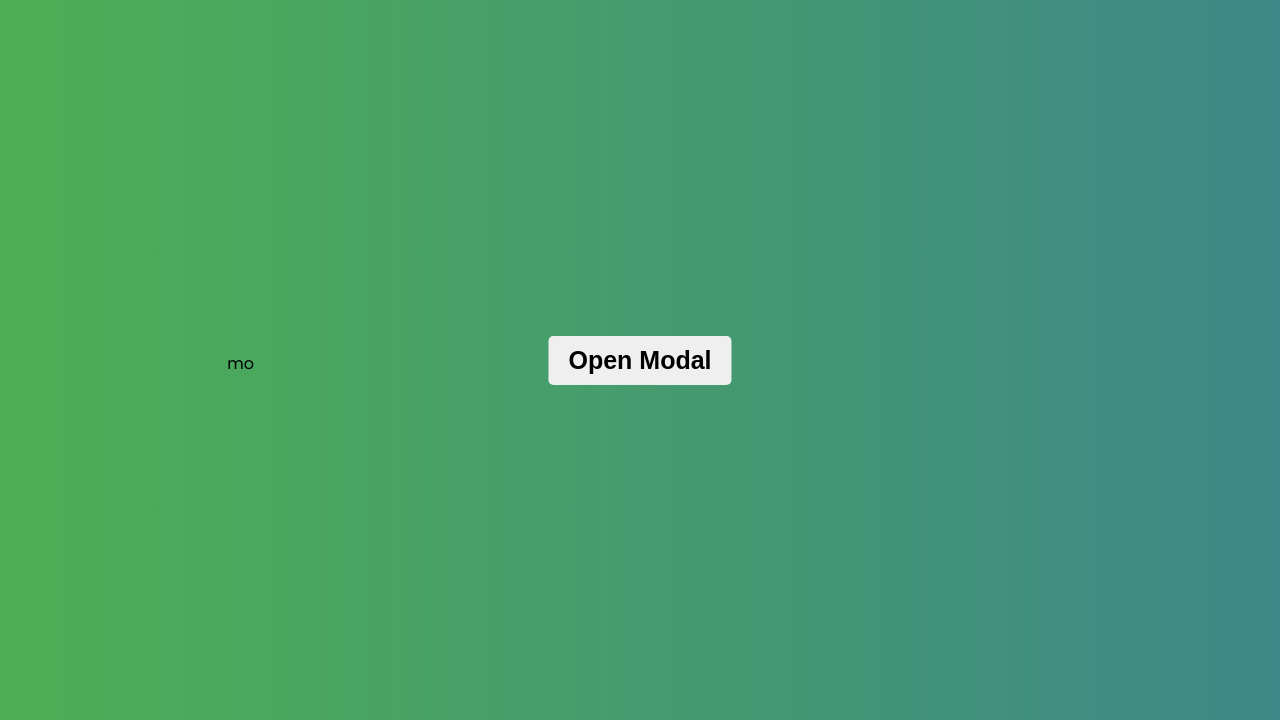
Repository: congnt98/Lean-javascript-in-project
Page: 30Days/3_Modal/index.html
The author's editor kept a copy of each file at every save. The page is drawn from the files as they stood at one save, then again after a run of saves.
The browser window is 1280 px wide. The pictures show the whole page.

Above is the page before, as saved 2024-02-16 16:28:04.

### 30Days/3_Modal/index.html
<!DOCTYPE html>
<html lang="en">

<head>
    <meta charset="UTF-8">
    <meta name="viewport" content="width=device-width, initial-scale=1.0">
    <title>Product Card</title>
    <link rel="stylesheet" href="./style.css">
    <link href='https://unpkg.com/boxicons@2.1.4/css/boxicons.min.css' rel='stylesheet'>
    <link
        href="https://fonts.googleapis.com/css2?family=Poppins:ital,wght@0,100;0,200;0,300;0,400;0,500;0,600;0,700;0,800;0,900;1,100;1,200;1,300;1,400;1,500;1,600;1,700;1,800;1,900&display=swap"
        rel="stylesheet">
    <link rel="stylesheet" href="https://cdnjs.cloudflare.com/ajax/libs/font-awesome/6.5.1/css/all.min.css">
</head>

<body>
    <div class="warapper">
        <button class="btn-modal-open">
            Open Modal
        </button>
        mo
    </div>
    <script src="./app.js"></script>
</body>

</html>

### 30Days/3_Modal/style.css
:root {
    --primary-color: #f2726a;
}

* {
    margin: 0;
    padding: 0;
    box-sizing: border-box;
}

body {
    min-height: 100vh;
    background: linear-gradient(to right, #4daf54, #3d8888);
    display: flex;
    justify-content: center;
    align-items: center;
    font-family: "poppins";
}

.warapper {
    max-width: 1200px;
    margin: 0 auto;
    width: 100%;
}

.btn-modal-open {
    display: inline-block;
    position: relative;
    left: 50%;
    transform: translateX(-50%);
    padding: 10px 20px;
    border-radius: 5px;
    outline: none;
    border: none;
    font-size: 25px;
    font-weight: 700;
}

Loaded but not shown: 30Days/3_Modal/app.js (no copy from this time; the picture is the same without it)

After the next 2 saves:
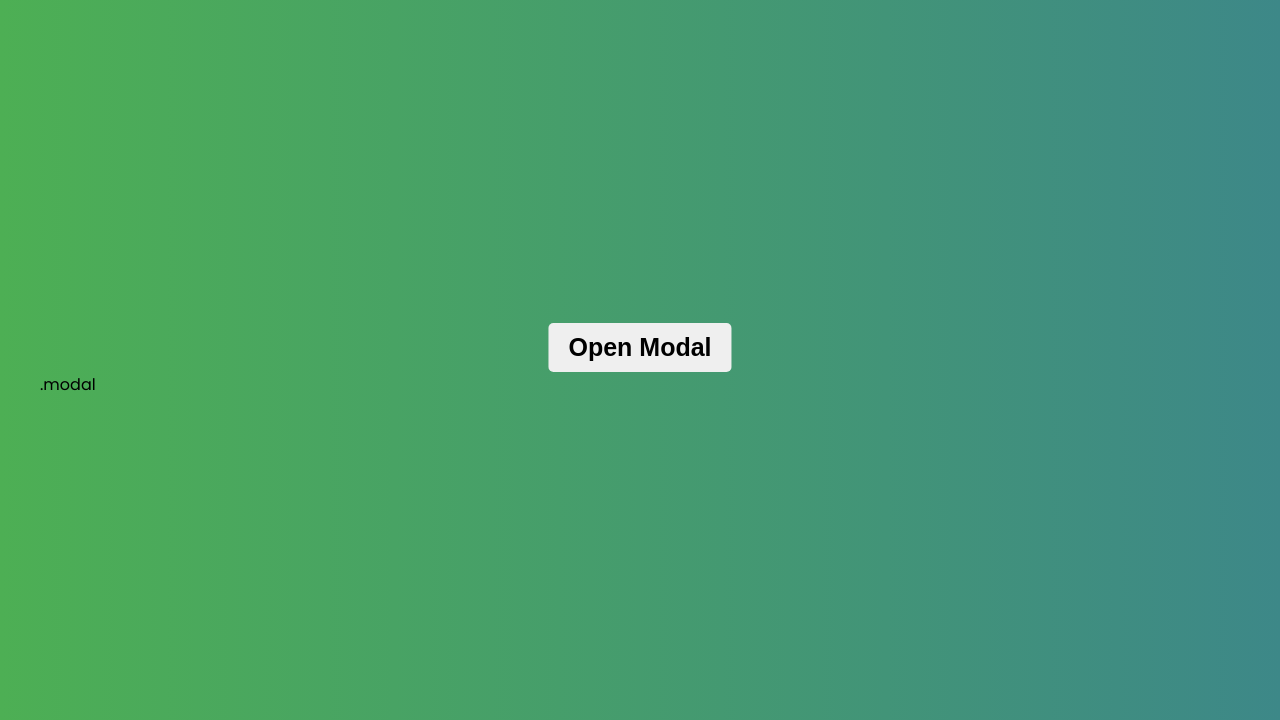
The 2 saves are shown as one change because they came seconds apart.
The last was saved 16 s later.
--- a/30Days/3_Modal/index.html
+++ b/30Days/3_Modal/index.html
@@ -18,7 +18,9 @@
         <button class="btn-modal-open">
             Open Modal
         </button>
-        mo
+        <div class="modal">
+.modal
+        </div>
     </div>
     <script src="./app.js"></script>
 </body>

After the save that followed:
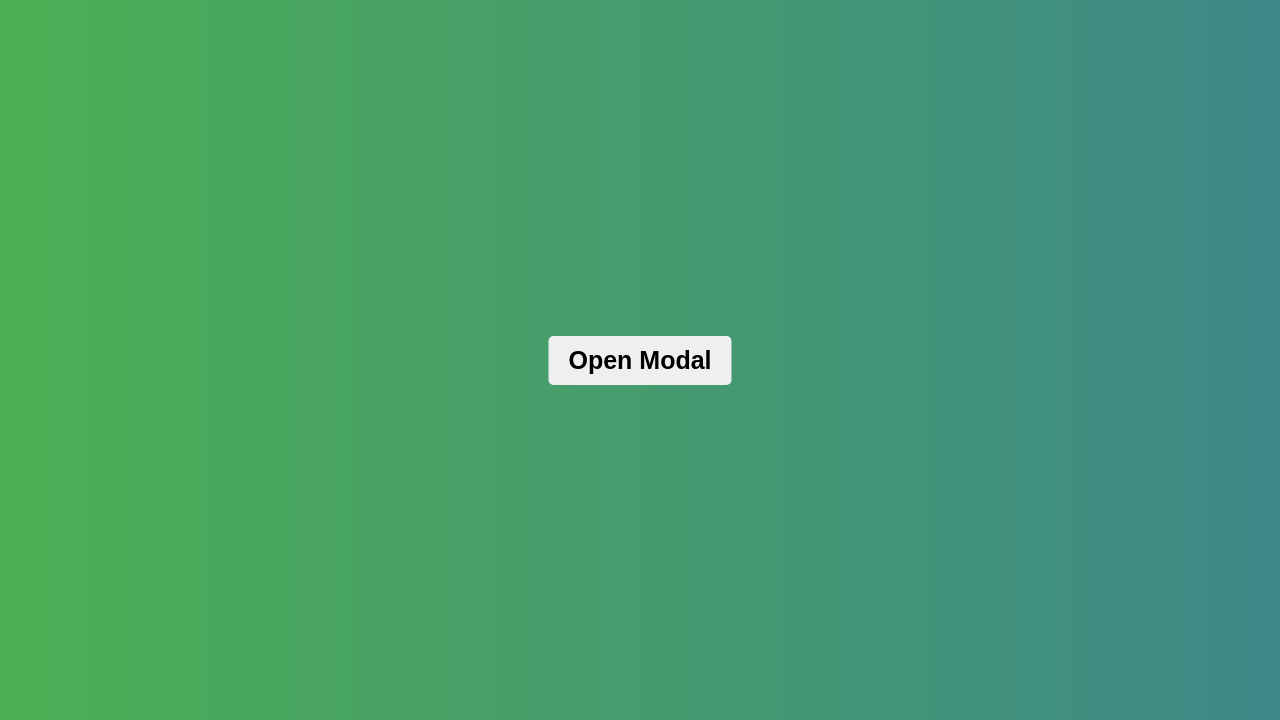
Saved 4 s later.
--- a/30Days/3_Modal/index.html
+++ b/30Days/3_Modal/index.html
@@ -19,7 +19,7 @@
             Open Modal
         </button>
         <div class="modal">
-.modal
+            <div class="modal__header"></div>
         </div>
     </div>
     <script src="./app.js"></script>
